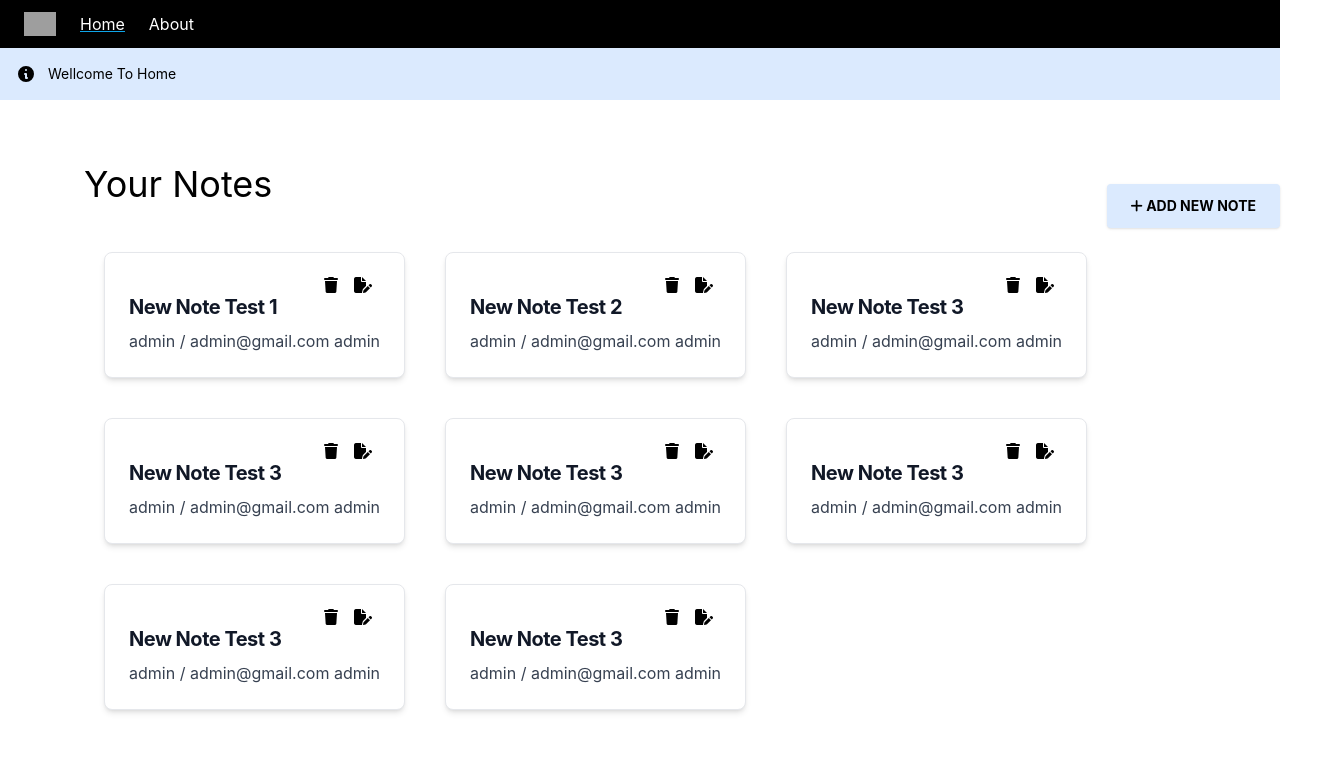
Repository: sonawaneteju4/iNote
Page: /
These files come from the project's save history. The page is drawn as it stood at one moment and after a run of saves; the edit follows.
The browser window is 1280 px wide. The page is 1324 px wide, so the pictures cover 1324 px, including what lies to the right of the window. The pictures show the whole page.
Pictures or frames that could not be fetched are drawn as grey boxes. Some web libraries are served in a nearby version. The project was rebuilt for these pictures with package versions that can differ from the ones it lists, and the page was loaded fresh each time. Also part of the build but not shown: src/components/AddNote.js, src/components/About.js.

Above is the page before, as saved 2022-10-11 11:09:49.

After the next 4 saves:
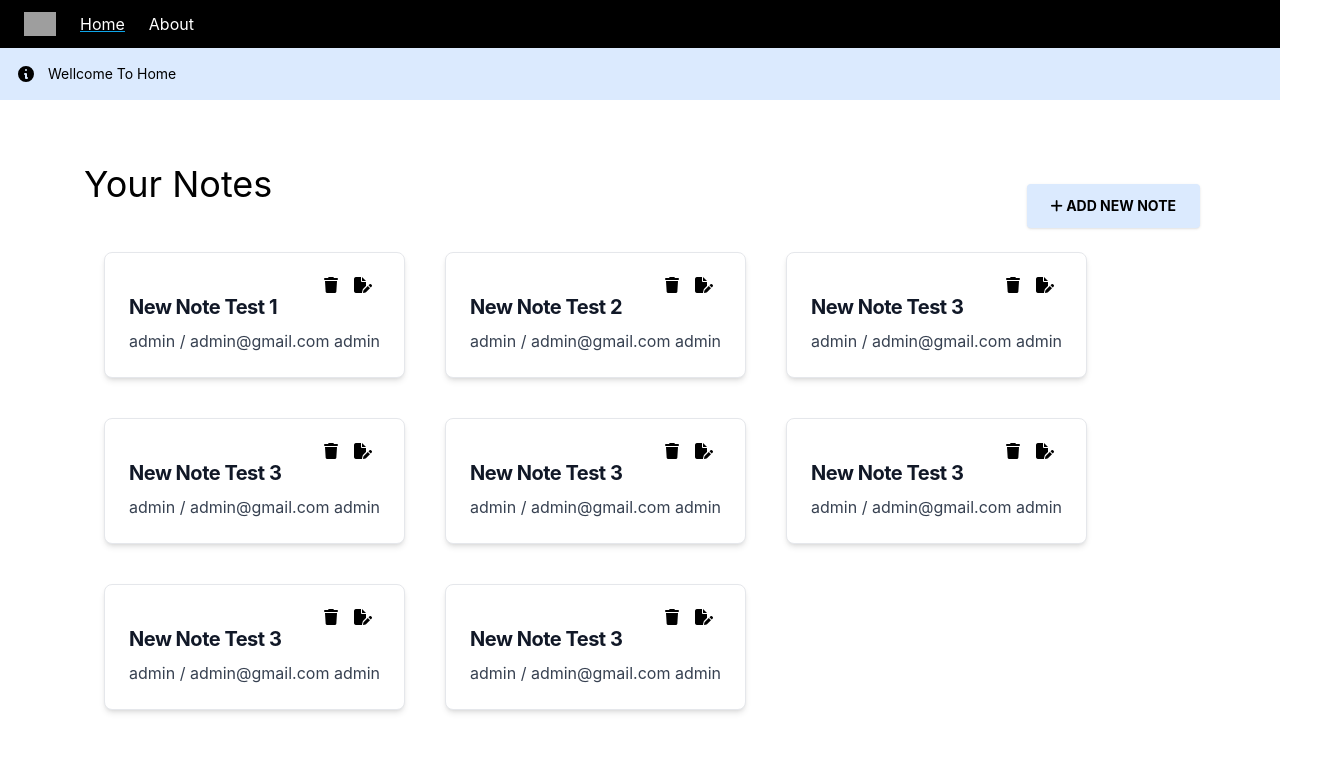
The 4 saves are shown as one change because they came seconds apart.
The last was saved 19 s later.
--- a/src/components/Notes.js
+++ b/src/components/Notes.js
@@ -12,7 +12,7 @@ const Notes = () => {
     <div>
 <div className='flex flex-row justify-between'>
       <h1 className='py-5 text-4xl'>Your Notes</h1>
-      <div>
+      <div className='mx-20'>
 
       <button
         className="bg-blue-100  text-black active:bg-pink-600 font-bold uppercase text-sm my-10 px-6 py-3 rounded shadow hover:shadow-lg outline-none focus:outline-none mr-1 mb-1 ease-linear transition-all duration-150"
